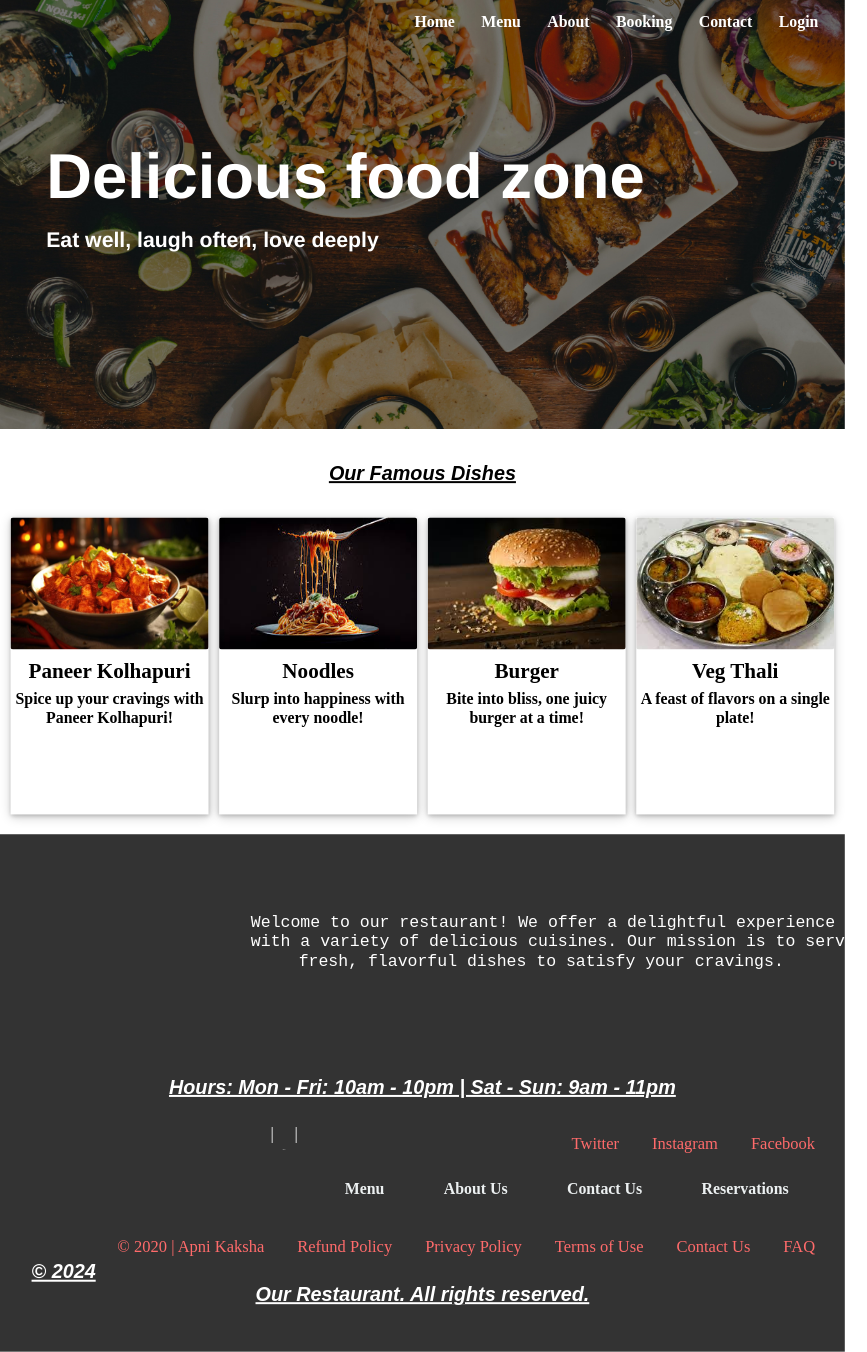
Repository: Shreya-Bonde/Restaurant-management-system
Page: index.html
The author's editor kept a copy of each file at every save. The page is drawn from the files as they stood at one save, then again after the next save.
The browser window is 1280 px wide. The page is 1314 px wide, so the pictures cover 1314 px, including what lies to the right of the window. The pictures show the whole page, at 66% of full size.

Above is the page before, as saved 2024-10-10 15:11:17.

After the next save:
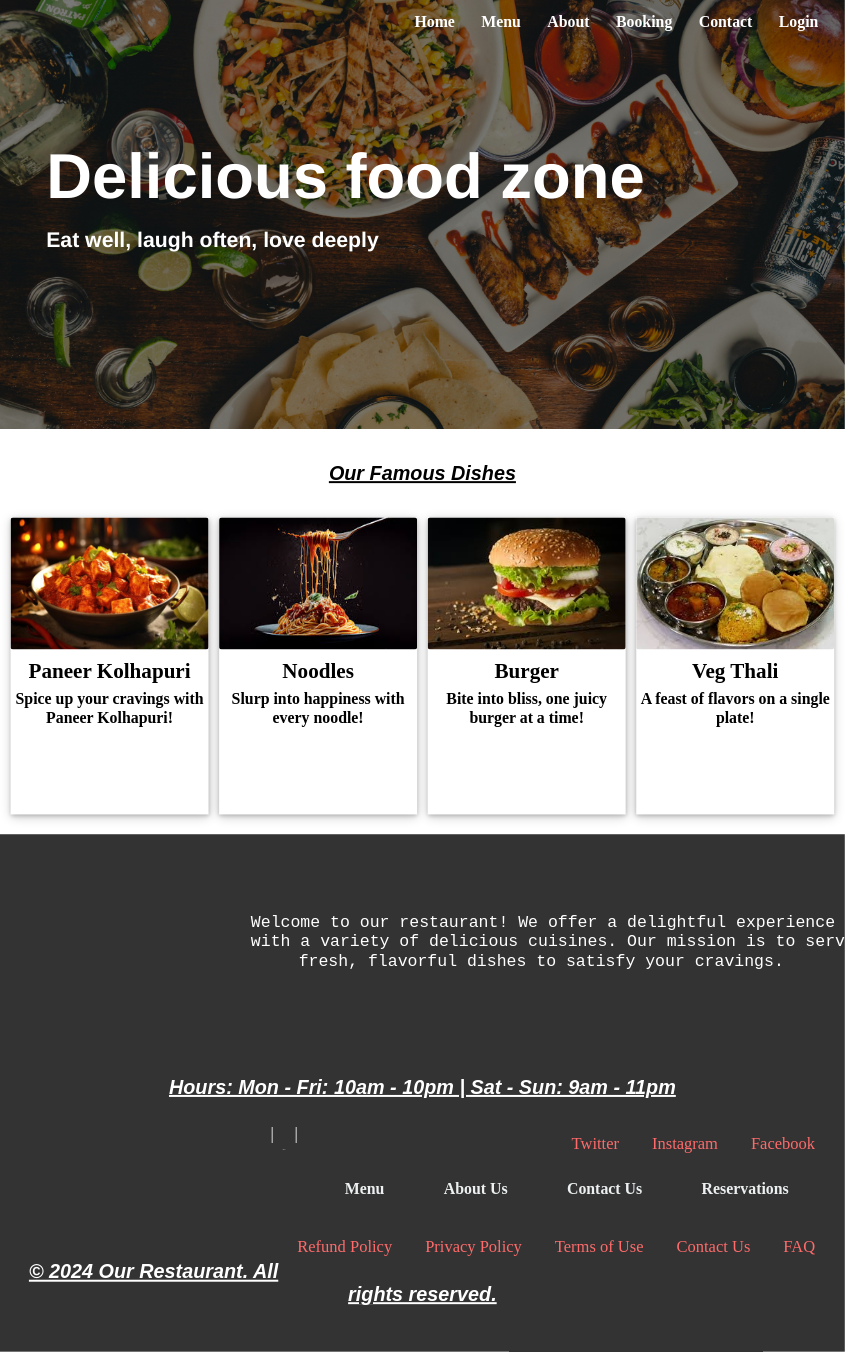
Saved 14 s later.
--- a/index.html
+++ b/index.html
@@ -98,7 +98,6 @@
                     <a href="#">Terms of Use</a>
                     <a href="#">Privacy Policy</a>
                     <a href="#">Refund Policy</a>
-                    <a href="#" class="flex-align-right">&copy; 2020 | Apni Kaksha</a>
                     <p class="footer-botton">&copy; 2024 Our Restaurant. All rights reserved.</p>
 
 

After the save that followed:
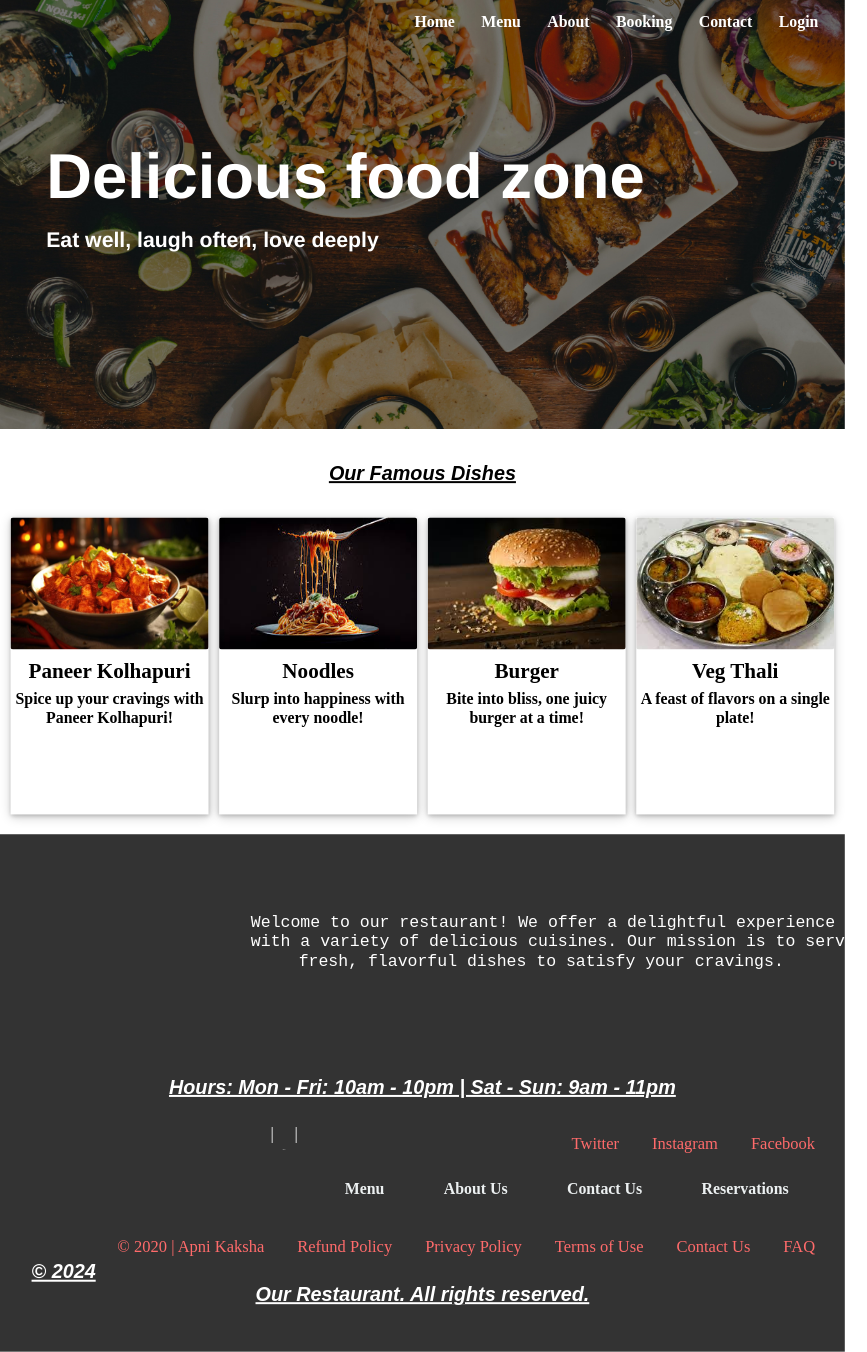
Saved 15 s later.
--- a/index.html
+++ b/index.html
@@ -98,6 +98,7 @@
                     <a href="#">Terms of Use</a>
                     <a href="#">Privacy Policy</a>
                     <a href="#">Refund Policy</a>
+                    <a href="#" class="flex-align-right">&copy; 2020 | Apni Kaksha</a>
                     <p class="footer-botton">&copy; 2024 Our Restaurant. All rights reserved.</p>
 
 
